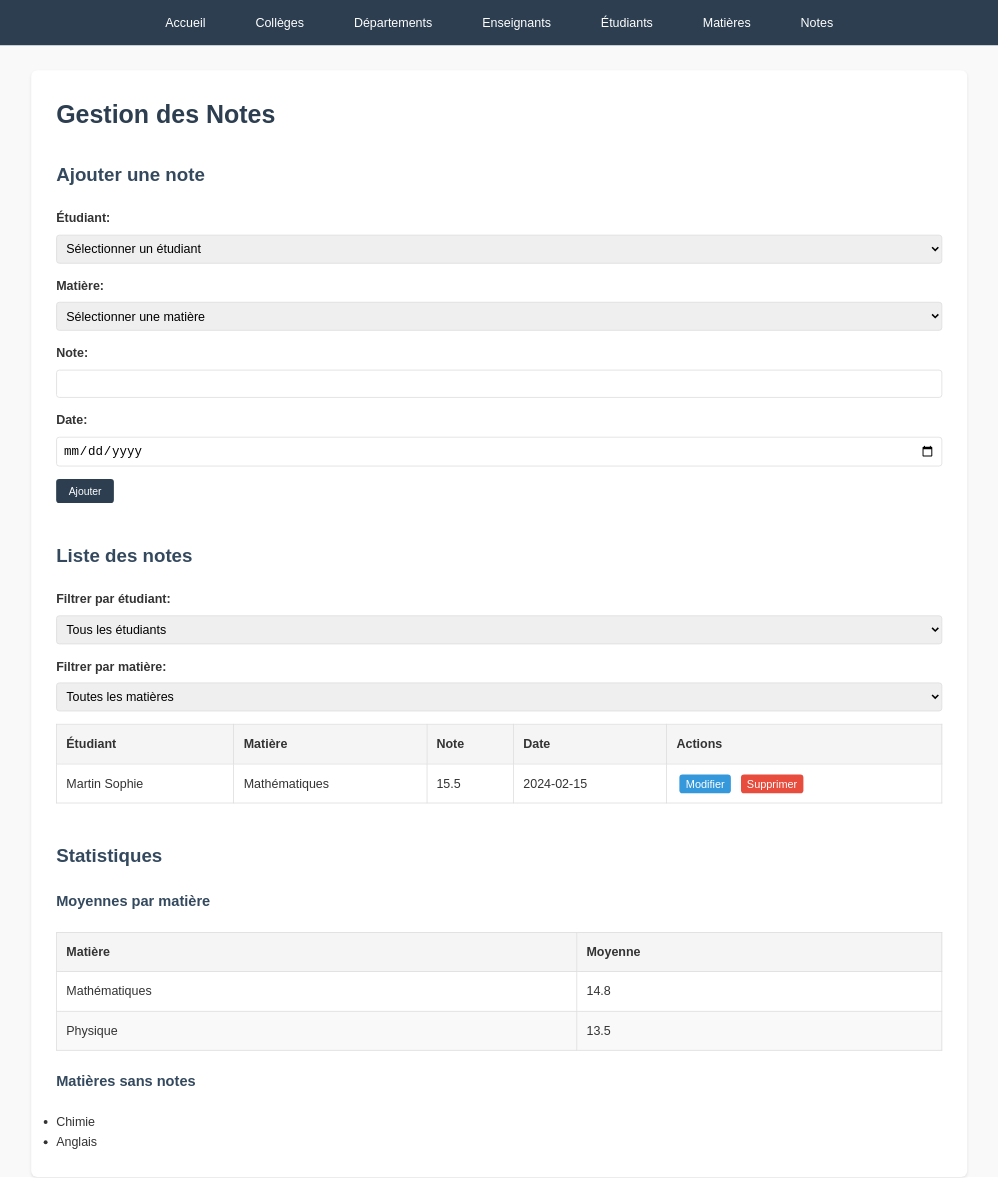
Repository: Ishimw3/college-management
Page: pages/grades.html
The author's editor kept a copy of each file at every save. The page is drawn from the files as they stood at one save, then again after the next save.
The browser window is 1280 px wide. The pictures show the whole page, at 78% of full size.

Above is the page before, as saved 2025-02-24 19:38:49.

### pages/grades.html
<!DOCTYPE html>
<html lang="fr">
<head>
    <meta charset="UTF-8">
    <meta name="viewport" content="width=device-width, initial-scale=1.0">
    <title>Gestion des Notes</title>
    <link rel="stylesheet" href="../css/college-styles.css">
</head>
<body>
    <nav>
        <ul>
            <li><a href="../index.html">Accueil</a></li>
            <li><a href="colleges.html">Collèges</a></li>
            <li><a href="departements.html">Départements</a></li>
            <li><a href="teachers.html">Enseignants</a></li>
            <li><a href="students.html">Étudiants</a></li>
            <li><a href="subjects.html">Matières</a></li>
            <li><a href="grades.html">Notes</a></li>
        </ul>
    </nav>

    <div class="container">
        <h1>Gestion des Notes</h1>

        <!-- Formulaire d'ajout de note -->
        <section class="form-section">
            <h2>Ajouter une note</h2>
            <form>
                <div class="form-group">
                    <label for="etudiant">Étudiant:</label>
                    <select id="etudiant" required>
                        <option value="">Sélectionner un étudiant</option>
                        <option value="1">Martin Sophie</option>
                        <option value="2">Dubois Pierre</option>
                    </select>
                </div>
                <div class="form-group">
                    <label for="matiere">Matière:</label>
                    <select id="matiere" required>
                        <option value="">Sélectionner une matière</option>
                        <option value="1">Mathématiques</option>
                        <option value="2">Physique</option>
                    </select>
                </div>
                <div class="form-group">
                    <label for="note">Note:</label>
                    <input type="number" id="note" min="0" max="20" step="0.5" required>
                </div>
                <div class="form-group">
                    <label for="date">Date:</label>
                    <input type="date" id="date" required>
                </div>
                <button type="submit">Ajouter</button>
            </form>
        </section>

        <!-- Liste des notes -->
        <section class="list-section">
            <h2>Liste des notes</h2>
            <div class="filters">
                <div class="form-group">
                    <label for="filter-etudiant">Filtrer par étudiant:</label>
                    <select id="filter-etudiant">
                        <option value="">Tous les étudiants</option>
                        <option value="1">Martin Sophie</option>
                        <option value="2">Dubois Pierre</option>
                    </select>
                </div>
                <div class="form-group">
                    <label for="filter-matiere">Filtrer par matière:</label>
                    <select id="filter-matiere">
                        <option value="">Toutes les matières</option>
                        <option value="1">Mathématiques</option>
                        <option value="2">Physique</option>
                    </select>
                </div>
            </div>

            <table>
                <thead>
                    <tr>
                        <th>Étudiant</th>
                        <th>Matière</th>
                        <th>Note</th>
                        <th>Date</th>
                        <th>Actions</th>
                    </tr>
                </thead>
                <tbody>
                    <tr>
                        <td>Martin Sophie</td>
                        <td>Mathématiques</td>
                        <td>15.5</td>
                        <td>2024-02-15</td>
                        <td>
                            <button class="btn-edit">Modifier</button>
                            <button class="btn-delete">Supprimer</button>
                        </td>
                    </tr>
                </tbody>
            </table>
        </section>

        <!-- Statistiques -->
        <section class="stats-section">
            <h2>Statistiques</h2>
            <div class="stats-grid">
                <div class="stat-card">
                    <h3>Moyennes par matière</h3>
                    <table>
                        <thead>
                            <tr>
                                <th>Matière</th>
                                <th>Moyenne</th>
                            </tr>
                        </thead>
                        <tbody>
                            <tr>
                                <td>Mathématiques</td>
                                <td>14.8</td>
                            </tr>
                            <tr>
                                <td>Physique</td>
                                <td>13.5</td>
                            </tr>
                        </tbody>
                    </table>
                </div>
                <div class="stat-card">
                    <h3>Matières sans notes</h3>
                    <ul>
                        <li>Chimie</li>
                        <li>Anglais</li>
                    </ul>
                </div>
            </div>
        </section>
    </div>
</body>
</html>

### college-styles.css
/* styles.css */
/* Reset et styles de base */
* {
    margin: 0;
    padding: 0;
    box-sizing: border-box;
}

body {
    font-family: Arial, sans-serif;
    line-height: 1.6;
    color: #333;
    background-color: #f9f9f9;
}

/* Navigation */
nav {
    background: #2c3e50;
    padding: 1rem;
    margin-bottom: 2rem;
}

nav ul {
    list-style: none;
    display: flex;
    justify-content: center;
    gap: 2rem;
    max-width: 1200px;
    margin: 0 auto;
}

nav a {
    color: white;
    text-decoration: none;
    padding: 0.5rem 1rem;
    border-radius: 4px;
    transition: background-color 0.3s;
}

nav a:hover {
    background-color: #34495e;
}

/* Conteneur principal */
.container {
    max-width: 1200px;
    margin: 0 auto;
    padding: 2rem;
    background-color: white;
    border-radius: 8px;
    box-shadow: 0 2px 4px rgba(0,0,0,0.1);
}

/* En-têtes */
h1 {
    margin-bottom: 2rem;
    color: #2c3e50;
}

h2, h3 {
    margin: 1.5rem 0;
    color: #34495e;
}

/* Sections */
.form-section, .list-section {
    margin-bottom: 3rem;
}

/* Formulaires */
.form-group {
    margin-bottom: 1rem;
}

label {
    display: block;
    margin-bottom: 0.5rem;
    font-weight: bold;
}

input, select {
    width: 100%;
    padding: 0.5rem;
    border: 1px solid #ddd;
    border-radius: 4px;
    font-size: 1rem;
}

button {
    padding: 0.5rem 1rem;
    background: #2c3e50;
    color: white;
    border: none;
    border-radius: 4px;
    cursor: pointer;
    transition: background-color 0.3s;
}

button:hover {
    background: #34495e;
}

/* Tableaux */
table {
    width: 100%;
    border-collapse: collapse;
    margin: 1rem 0;
    background-color: white;
}

th, td {
    border: 1px solid #ddd;
    padding: 0.75rem;
    text-align: left;
}

th {
    background: #f5f5f5;
    font-weight: bold;
}

tr:nth-child(even) {
    background-color: #f9f9f9;
}

/* Boutons dans les tableaux */
.btn-edit, .btn-delete {
    padding: 0.25rem 0.5rem;
    margin: 0 0.25rem;
    font-size: 0.875rem;
}

.btn-edit {
    background: #3498db;
}

.btn-delete {
    background: #e74c3c;
}

/* Cartes */
.card {
    border: 1px solid #ddd;
    padding: 1.5rem;
    border-radius: 8px;
    margin: 1rem 0;
    background-color: white;
}

/* Impression */
@media print {
    nav, button, .form-section {
        display: none;
    }

    body {
        background: white;
    }

    .container {
        box-shadow: none;
        padding: 0;
    }

    table {
        border: 1px solid #ddd;
    }
}

/* Responsive */
@media (max-width: 768px) {
    nav ul {
        flex-direction: column;
        align-items: center;
    }

    .container {
        padding: 1rem;
    }

    table {
        display: block;
        overflow-x: auto;
    }
}

### assets/css/main.css
/* Reset et styles de base */
* {
    margin: 0;
    padding: 0;
    box-sizing: border-box;
}

body {
    font-family: Arial, sans-serif;
    line-height: 1.6;
    color: #333;
    background-color: #f9f9f9;
}

/* Navigation */
nav {
    background: #2c3e50;
    padding: 1rem;
    margin-bottom: 2rem;
}

nav ul {
    list-style: none;
    display: flex;
    justify-content: center;
    gap: 2rem;
    max-width: 1200px;
    margin: 0 auto;
}

nav a {
    color: white;
    text-decoration: none;
    padding: 0.5rem 1rem;
    border-radius: 4px;
    transition: background-color 0.3s;
}

nav a:hover {
    background-color: #34495e;
}

/* Conteneur principal */
.container {
    max-width: 1200px;
    margin: 0 auto;
    padding: 2rem;
    background-color: white;
    border-radius: 8px;
    box-shadow: 0 2px 4px rgba(0,0,0,0.1);
}

/* En-têtes */
h1 {
    margin-bottom: 2rem;
    color: #2c3e50;
}

h2, h3 {
    margin: 1.5rem 0;
    color: #34495e;
}

/* Sections */
.form-section, .list-section {
    margin-bottom: 3rem;
}

/* Formulaires */
.form-group {
    margin-bottom: 1rem;
}

label {
    display: block;
    margin-bottom: 0.5rem;
    font-weight: bold;
}

input, select {
    width: 100%;
    padding: 0.5rem;
    border: 1px solid #ddd;
    border-radius: 4px;
    font-size: 1rem;
}

button {
    padding: 0.5rem 1rem;
    background: #2c3e50;
    color: white;
    border: none;
    border-radius: 4px;
    cursor: pointer;
    transition: background-color 0.3s;
}

button:hover {
    background: #34495e;
}

/* Tableaux */
table {
    width: 100%;
    border-collapse: collapse;
    margin: 1rem 0;
    background-color: white;
}

th, td {
    border: 1px solid #ddd;
    padding: 0.75rem;
    text-align: left;
}

th {
    background: #f5f5f5;
    font-weight: bold;
}

tr:nth-child(even) {
    background-color: #f9f9f9;
}

/* Boutons dans les tableaux */
.btn-edit, .btn-delete {
    padding: 0.25rem 0.5rem;
    margin: 0 0.25rem;
    font-size: 0.875rem;
}

.btn-edit {
    background: #3498db;
}

.btn-delete {
    background: #e74c3c;
}

/* Cartes */
.card {
    border: 1px solid #ddd;
    padding: 1.5rem;
    border-radius: 8px;
    margin: 1rem 0;
    background-color: white;
}

/* Impression */
@media print {
    nav, button, .form-section {
        display: none;
    }

    body {
        background: white;
    }

    .container {
        box-shadow: none;
        padding: 0;
    }

    table {
        border: 1px solid #ddd;
    }
}

/* Responsive */
@media (max-width: 768px) {
    nav ul {
        flex-direction: column;
        align-items: center;
    }

    .container {
        padding: 1rem;
    }

    table {
        display: block;
        overflow-x: auto;
    }
}

/* Grille de statistiques */
.stats-grid {
    display: grid;
    grid-template-columns: repeat(auto-fit, minmax(250px, 1fr));
    gap: 1.5rem;
    margin: 1.5rem 0;
}

.stat-card {
    background: white;
    padding: 1.5rem;
    border-radius: 8px;
    box-shadow: 0 2px 4px rgba(0,0,0,0.1);
}

.stat-item {
    display: flex;
    flex-direction: column;
    align-items: center;
    padding: 1rem;
    background: #f8f9fa;
    border-radius: 8px;
}

.stat-label {
    font-size: 0.875rem;
    color: #6c757d;
    margin-bottom: 0.5rem;
}

.stat-value {
    font-size: 1.5rem;
    font-weight: bold;
    color: #2c3e50;
}

/* Filtres */
.filters {
    display: grid;
    grid-template-columns: repeat(auto-fit, minmax(200px, 1fr));
    gap: 1rem;
    margin-bottom: 1.5rem;
    padding: 1rem;
    background: #f8f9fa;
    border-radius: 8px;
}

/* Liste sans puces */
ul {
    list-style: none;
    padding: 0;
}

ul li {
    padding: 0.5rem 0;
    border-bottom: 1px solid #eee;
}

/* États des salles */
.rooms-list td:last-child {
    font-weight: bold;
}

.rooms-list td:last-child:contains('Disponible') {
    color: #28a745;
}

.rooms-list td:last-child:contains('En cours') {
    color: #dc3545;
}

/* Améliorations pour l'impression */
@media print {
    .filters,
    .form-section,
    .btn-edit,
    .btn-delete {
        display: none;
    }

    .stats-grid {
        display: block;
    }

    .stat-card {
        page-break-inside: avoid;
        margin-bottom: 1rem;
    }
}

/* Responsive pour petits écrans */
@media (max-width: 576px) {
    .stats-grid {
        grid-template-columns: 1fr;
    }

    .filters {
        grid-template-columns: 1fr;
    }

    .stat-item {
        padding: 0.75rem;
    }

    .stat-value {
        font-size: 1.25rem;
    }
}

After the next save:
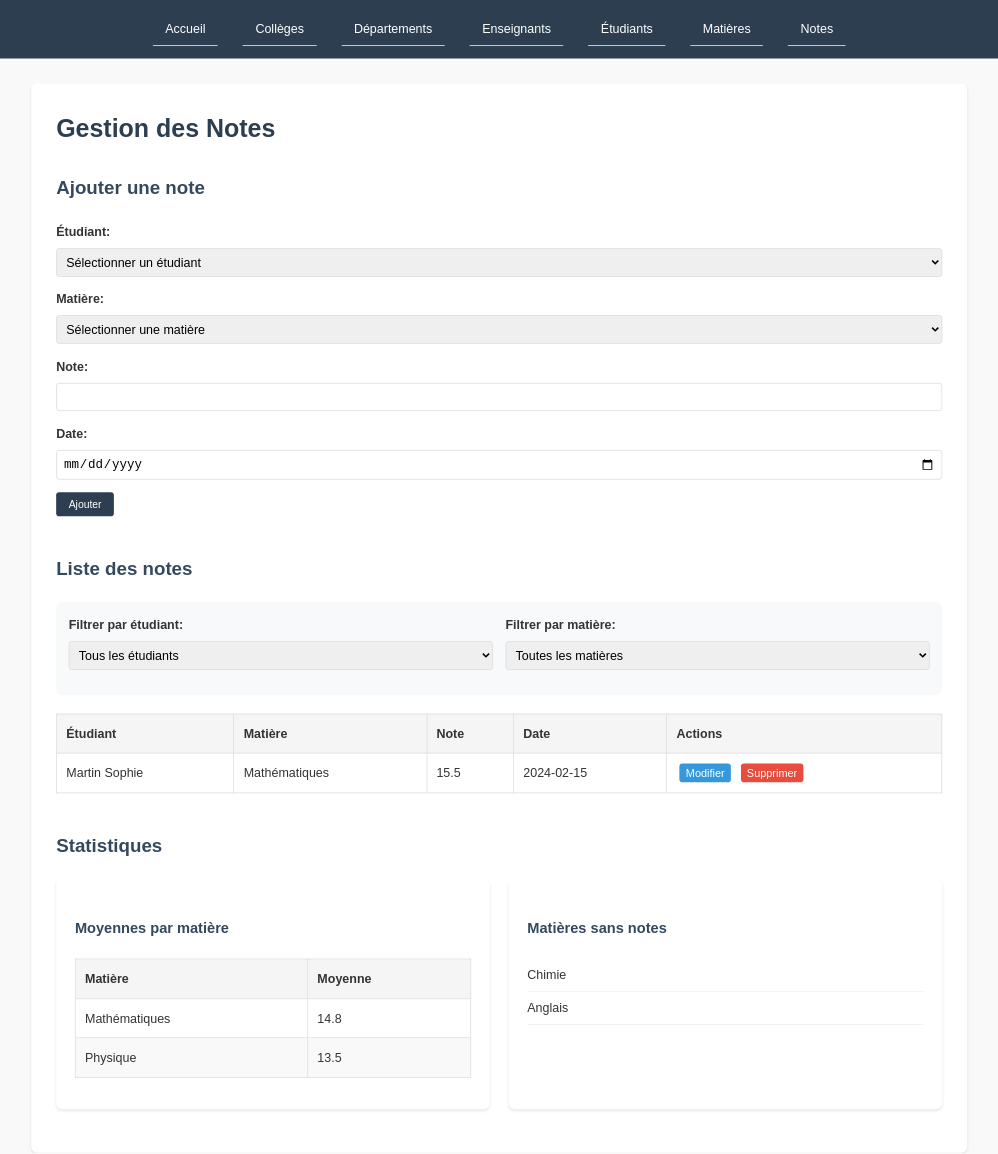
Saved 74 s later.
--- a/pages/grades.html
+++ b/pages/grades.html
@@ -4,7 +4,7 @@
     <meta charset="UTF-8">
     <meta name="viewport" content="width=device-width, initial-scale=1.0">
     <title>Gestion des Notes</title>
-    <link rel="stylesheet" href="../css/college-styles.css">
+    <link rel="stylesheet" href="assets/css/main.css">
 </head>
 <body>
     <nav>
